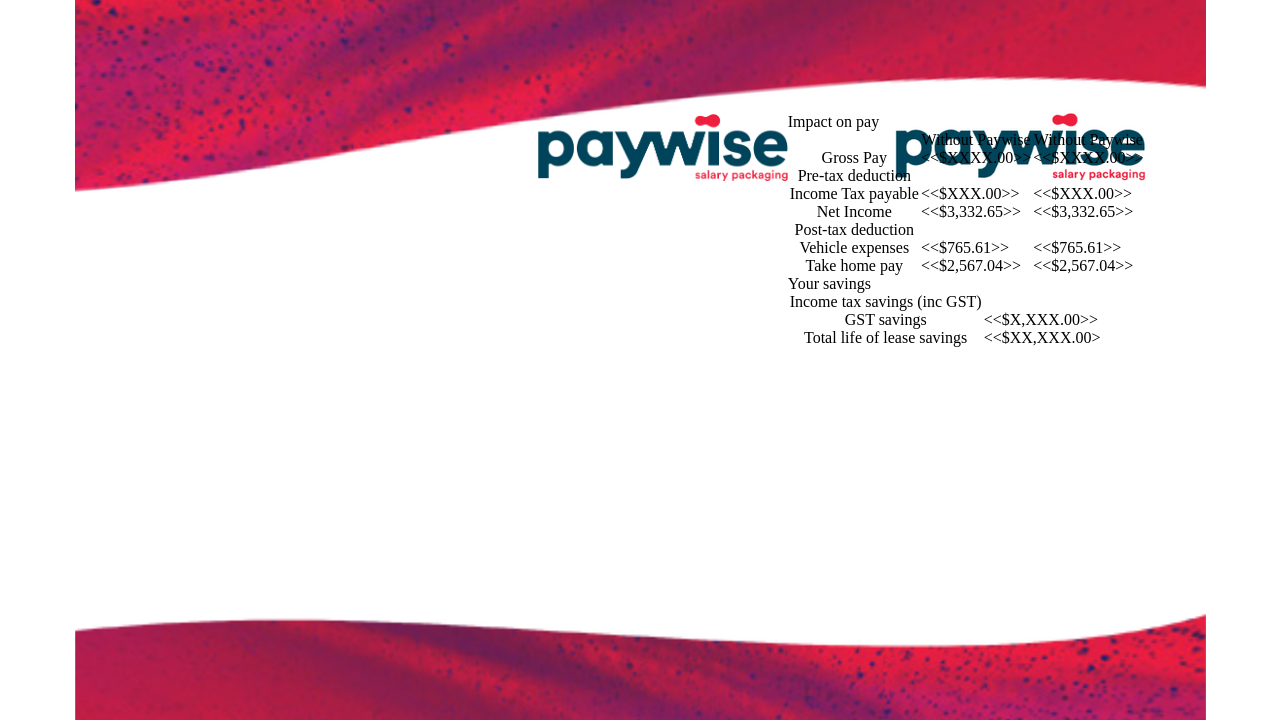
Repository: hoangtubest/novated-phong
Page: 2.html
The author's editor kept a copy of each file at every save. The page is drawn from the files as they stood at one save, then again after the next save.
The browser window is 1280 px wide. The pictures show the whole page.
The style sheet was rebuilt from its Sass, Less or Tailwind sources for each picture, by a compiler version that may differ from the author's.

Above is the page before, as saved 2023-10-18 15:08:31.

### 2.html
<!DOCTYPE html>
<html lang="en">

<head>
  <meta charset="UTF-8">
  <meta name="viewport" content="width=device-width, initial-scale=1.0">
  <title>2</title>
  <link rel="stylesheet" href="./css/styles.css">
</head>

<body>
  <div class="wrapper">
    <div class="wrapper-inner wrapper-inner--v2">
      <div class="header">
        <div class="header-logo">
          <h1><img src="./images/logo.png" alt="paywise salary packaging"></h1>
        </div>
        <div class="pw-2-info">
          <div class="pw-2-info__row">
            <div class="pw-2-info__col">
              <h2 class="pw-2-info__title">Impact on pay</h2>
              <div class="pw-2-info__content">
                <table class="table-01">
                  <thead>
                    <tr>
                      <th>&nbsp;</th>
                      <th>Without Paywise</th>
                      <th>Without Paywise</th>
                    </tr>
                  </thead>
                  <tbody>
                    <tr>
                      <th>Gross Pay</th>
                      <td>
                        <<$XXXX.00>>
                      </td>
                      <td>
                        <<$XXXX.00>>
                      </td>
                    </tr>
                    <tr>
                      <th>Pre-tax deduction</th>
                      <td>&nbsp;</td>
                      <td>&nbsp;</td>
                    </tr>
                    <tr>
                      <th>Income Tax payable</th>
                      <td>
                        <<$XXX.00>>
                      </td>
                      <td>
                        <<$XXX.00>>
                      </td>
                    </tr>
                    <tr>
                      <th>Net Income</th>
                      <td>
                        <<$3,332.65>>
                      </td>
                      <td>
                        <<$3,332.65>>
                      </td>
                    </tr>
                    <tr>
                      <th>Post-tax deduction</th>
                      <td>&nbsp;</td>
                      <td>&nbsp;</td>
                    </tr>
                    <tr>
                      <th>Vehicle expenses</th>
                      <td>
                        <<$765.61>>
                      </td>
                      <td>
                        <<$765.61>>
                      </td>
                    </tr>
                    <tr>
                      <th>Take home pay</th>
                      <td>
                        <<$2,567.04>>
                      </td>
                      <td>
                        <<$2,567.04>>
                      </td>
                    </tr>
                  </tbody>
                </table>
              </div>
            </div>
            <div class="pw-2-info__col">
              <h2 class="pw-2-info__title">Your savings</h2>
              <div class="pw-2-info__content">
                <table class="table-01">
                  <tbody>
                    <tr>
                      <th>Income tax savings <em>(inc GST)</em></th>
                      <td></td>
                    </tr>
                    <tr>
                      <th>GST savings</th>
                      <td>
                        <<$X,XXX.00>>
                      </td>
                    </tr>
                    <tr>
                      <th>Total life of lease savings</th>
                      <td>
                        <<$XX,XXX.00>
                      </td>
                    </tr>
                  </tbody>
                </table>
              </div>
            </div>
          </div>
        </div>
      </div>
    </div>
  </div>
</body>

</html>

### css/styles.scss
*,
*:before,
*:after {
  box-sizing: border-box;
}

* {
  margin: 0;
  padding: 0;
  font: inherit;
}

img,
picture,
svg,
video {
  display: block;
  max-width: 100%;
}

input,
select,
textarea {
  background-color: transparent;
  outline: none;
}

button {
  cursor: pointer;
  background-color: transparent;
  outline: none;
  border: 0;
}

body {
  min-height: 100vh;
  font-weight: 400;
  font-size: 16px;
  line-height: 1;
}

img {
  vertical-align: bottom;
  max-width: 100%;
  height: auto;
}

.wrapper-inner {
  max-width: 1131px;
  margin: 0 auto;
  position: relative;
  min-height: 100vh;

  &::before,
  &::after {
    position: absolute;
    left: 0;
    width: 100%;
    content: "";
    z-index: -1;
    background-size: cover;
  }

  &::before {
    top: 0;
    height: 192px;
    background-position: bottom center;
  }

  &::after {
    bottom: 0;
    height: 136px;
    background-position: top center;
  }

  &--v1 {
    &::before {
      background-image: url("../images/pattern_01_v1.png");
    }

    &::after {
      background-image: url("../images/pattern_02_v1.png");
    }
  }

  &--v2 {
    &::before {
      background-image: url("../images/pattern_01_v2.png");
    }

    &::after {
      background-image: url("../images/pattern_02_v2.png");
    }

    .header {
      display: flex;
      justify-content: flex-end;
    }
  }
}

.header {
  padding: 114px 60px 0;
}

.header-logo {
  width: 250px;
}

.pw-1-feature {
  padding: 60px 30px 25px;

  &__row {
    display: flex;
    gap: 13px;
  }

  &__col {
    width: 25%;
    height: 135px;
    background: url("../images/red-blob.png") no-repeat center center / 100% 100%;
    display: flex;
    align-items: center;

    &:nth-child(2n+1) {
      background-image: url("../images/inverse-blob.png");
    }
  }

  &__content {
    width: 100%;
    color: #fff;
    text-align: right;
    padding-right: 12px;
    ;
  }
}

After the next save:
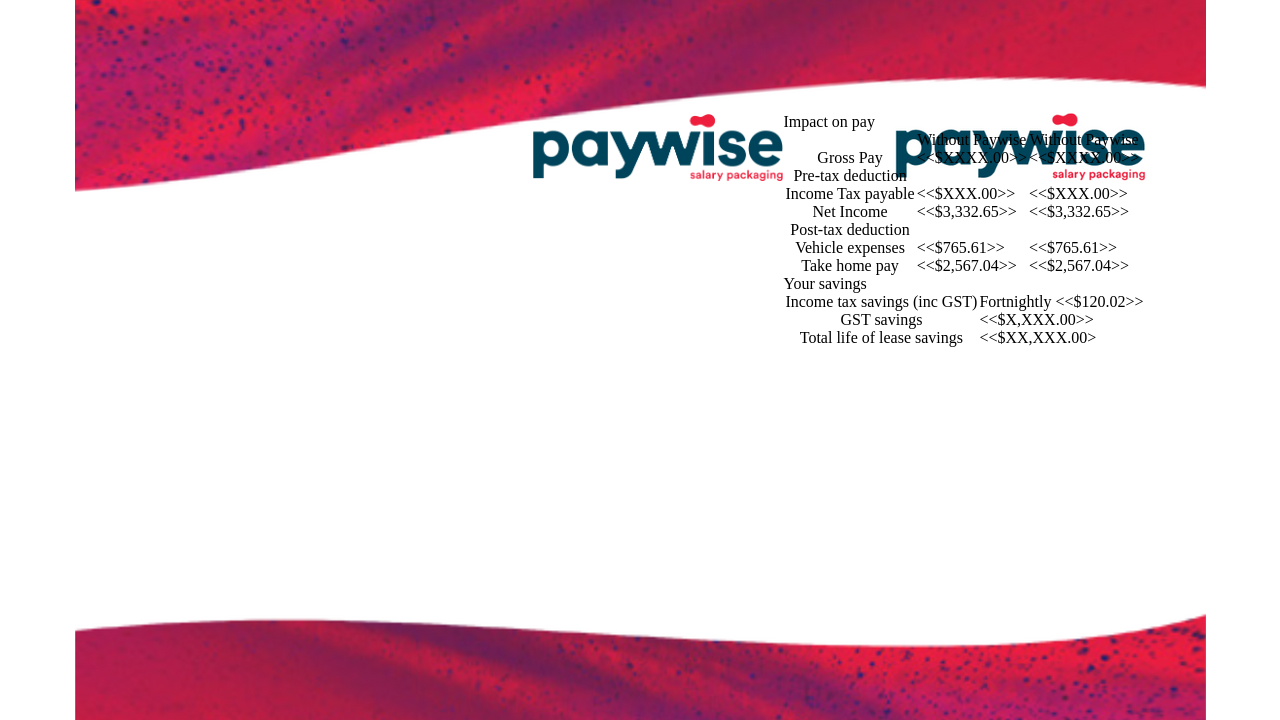
Saved 22 s later.
--- a/2.html
+++ b/2.html
@@ -95,7 +95,11 @@
                   <tbody>
                     <tr>
                       <th>Income tax savings <em>(inc GST)</em></th>
-                      <td></td>
+                      <td>
+                        <p><em>Fortnightly</em>
+                          <<$120.02>>
+                        </p>
+                      </td>
                     </tr>
                     <tr>
                       <th>GST savings</th>
